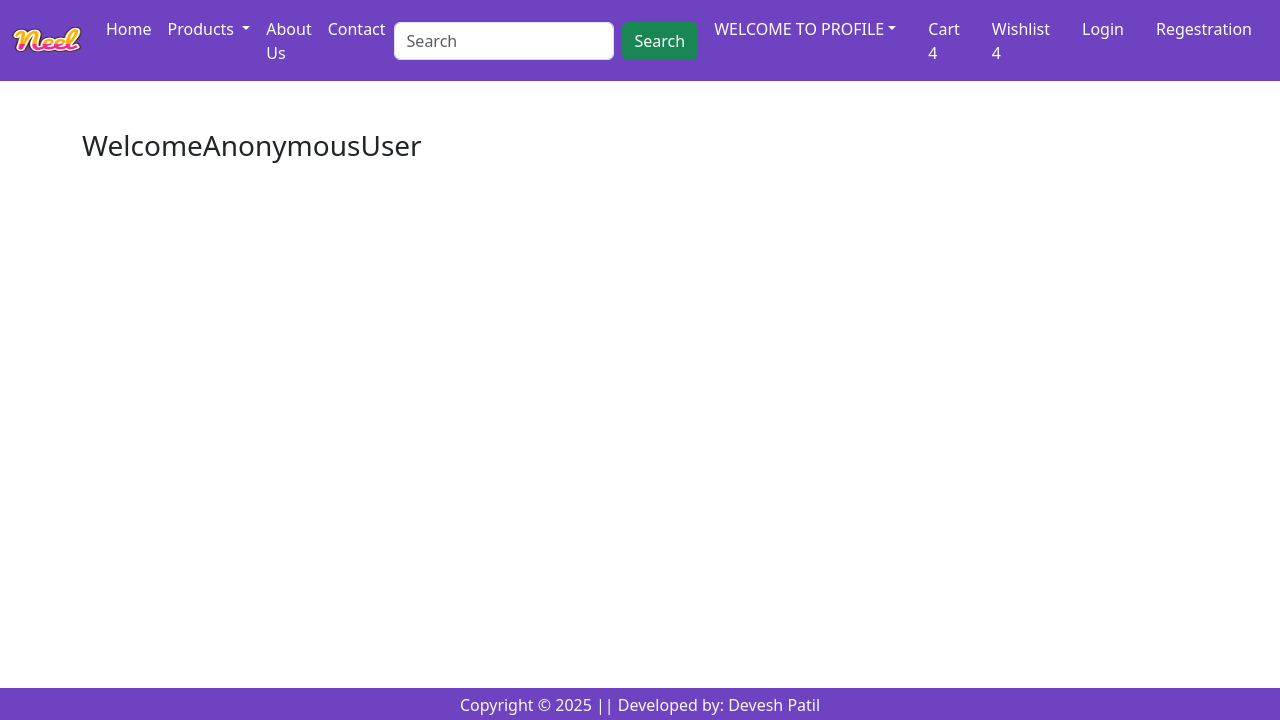
Repository: DeveshPatill/mydjango
Page: http://localhost/profile/
An editor plug-in stored every save of this project. The page is shown before and after the next save, followed by the edit.
The browser window is 1280 px wide. The pictures show the whole page.
The page is served by the project's application, run on Django 5.2 (ec/manage.py).

Above is the page before, as saved 2025-03-24 16:26:43.

After the next save:
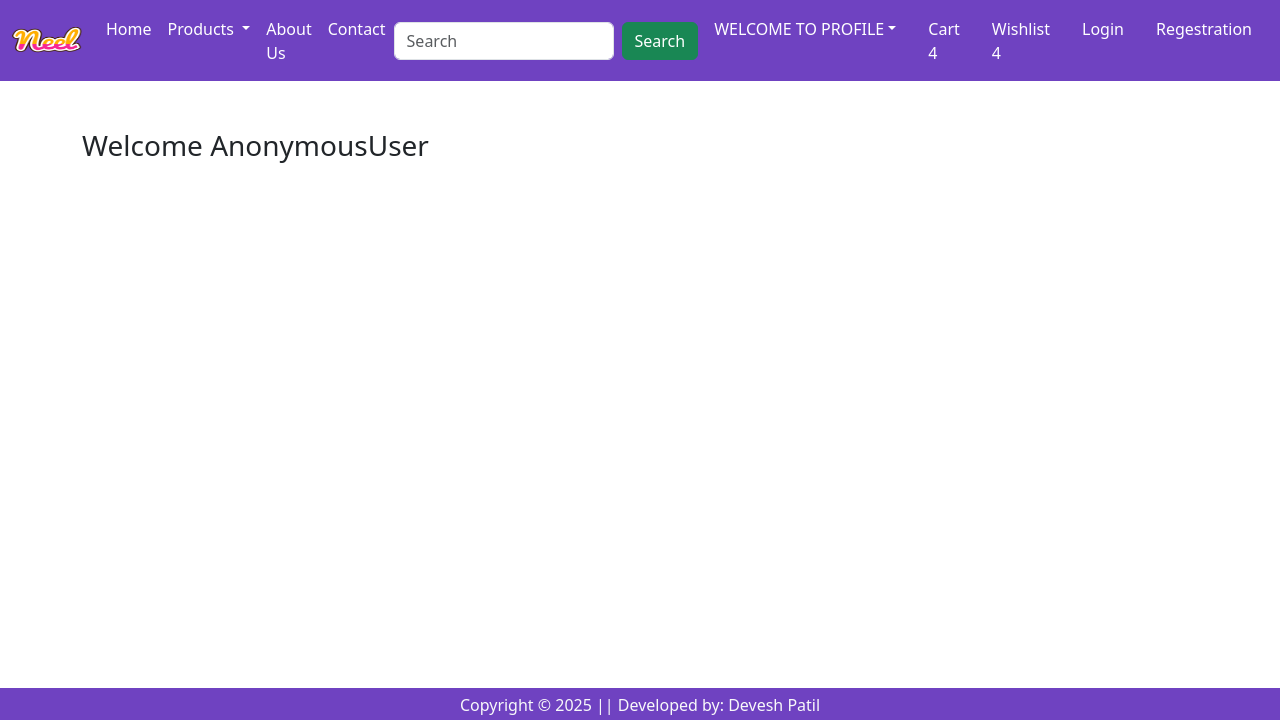
Saved 27 s later.
--- a/ec/app/templates/app/profile.html
+++ b/ec/app/templates/app/profile.html
@@ -7,7 +7,7 @@
 {% block main-content %}
 <div class="container my-5">
     <div class="row">
-        <h3>Welcome<span class="text-capitalize">{{request.user}}</span></h3>
+        <h3>Welcome <span class="text-capitalize">{{request.user}}</span></h3>
     </div>
 
 </div>
